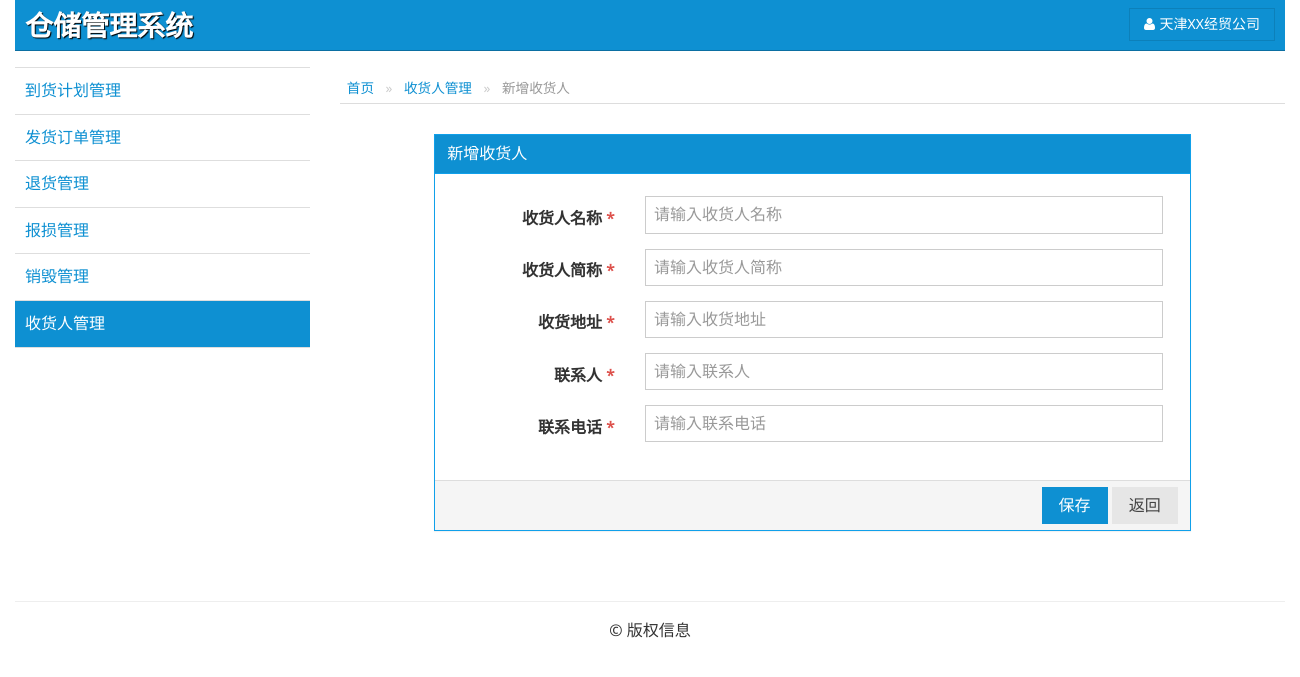
Repository: liuyouth/66
Page: http://localhost/syhz-web/WEB-INF/pages/recipient/add.jsp
These files come from the project's save history. The page is drawn as it stood at one moment and after the next save; the edit follows.
The browser window is 1280 px wide. The page is 1300 px wide, so the pictures cover 1300 px, including what lies to the right of the window. The pictures show the whole page.
The page is served by Tomcat 9. Nobody is signed in. The template is opened directly, without the code that normally fills it, so the values that code supplies are empty.

Above is the page before, as saved 2016-07-01 07:32:40.

After the next save:
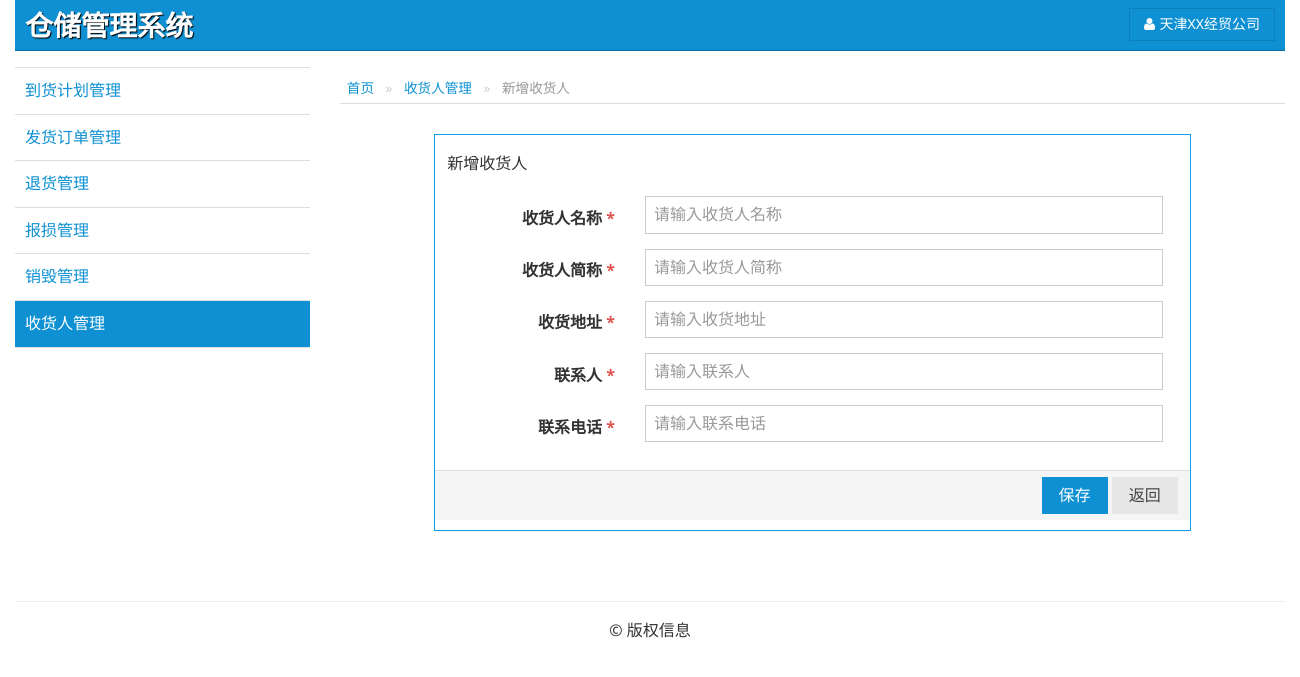
Saved 23 s later.
--- a/syhz-web/WebContent/WEB-INF/pages/recipient/add.jsp
+++ b/syhz-web/WebContent/WEB-INF/pages/recipient/add.jsp
@@ -25,9 +25,9 @@
 			<!-- context start -->
 			<div class="am-u-sm-10 am-u-sm-centered">
 				<div class="am-panel am-panel-primary wm-panel">
-					<div class="am-panel-hd">新增收货人</div>
-					<div class="am-panel-bd">
-						<form id="addForm" class="am-form wm-form am-form-horizontal" >
+					<form id="addForm" class="am-form wm-form am-form-horizontal" >
+						<div class="am-panel-hd">新增收货人</div>
+						<div class="am-panel-bd">
 							<div class="am-form-group">
 								<label class="am-u-sm-3 am-form-label">
 									收货人名称<span class="am-text-danger">&nbsp;*</span>
